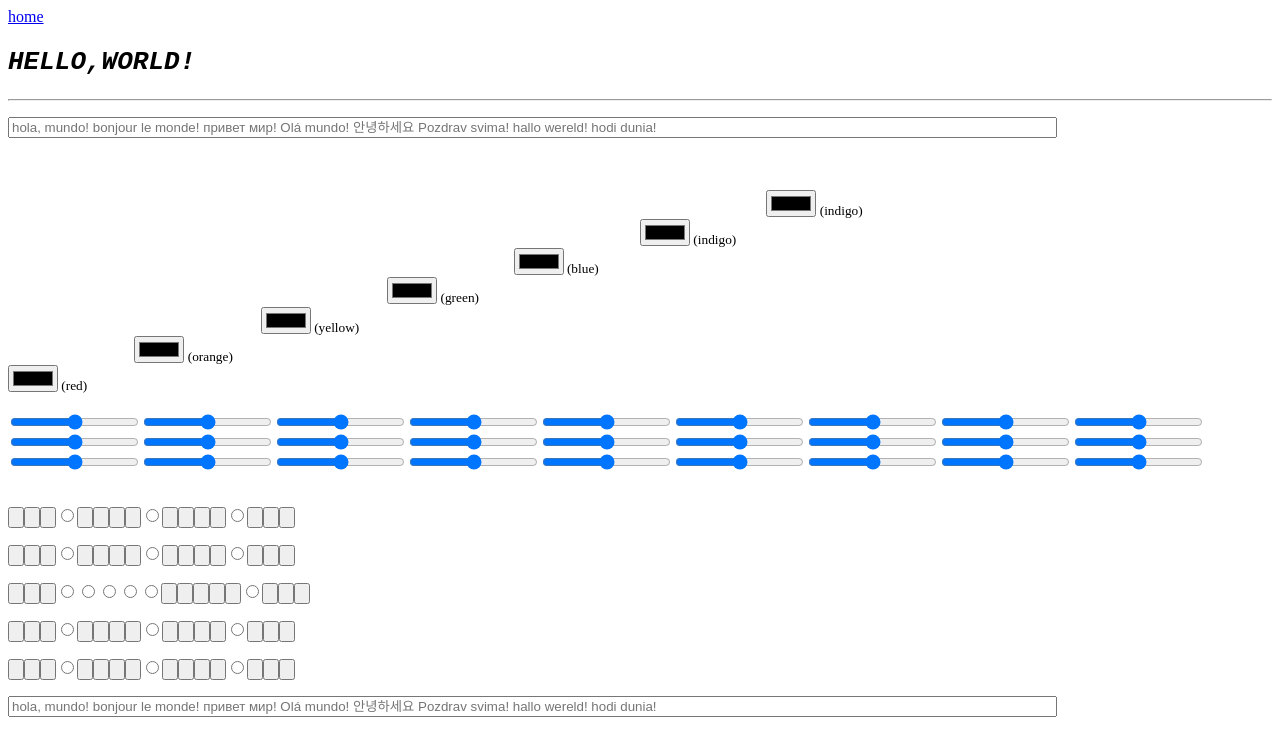
Repository: kklasmei/kklasmei.github.io
Page: proj1/helloworld.html
The author's editor kept a record of every edit. The page is drawn from the files as they stood at one moment, then again after the next edit.
The browser window is 1280 px wide. The pictures show the whole page.

Above is the page before.

### proj1/helloworld.html
<html>
    <head>
        <title>Hello World</title>
        <a href= "proj1/index.html">home</a>
    </head>
    <body>
        <h1><code><em>HELLO,WORLD!</em></code></h1>
        <hr>
        <p><input type="text" size= 128px placeholder= "hola, mundo! bonjour le monde! привет мир! Olá mundo! 안녕하세요 Pozdrav svima! hallo wereld! hodi dunia!"></p>
        <br>
        <br>
                <div style="margin-left: 60%"><input type="color"><sub> (indigo)</sub></div>
                <div style="margin-left: 50%"><input type="color"><sub> (indigo)</sub></div>
                <div style="margin-left: 40%"><input type="color"><sub> (blue)</sub></div>
                <div style="margin-left: 30%"><input type="color"><sub> (green)</sub></div>
                <div style="margin-left: 20%"><input type="color"><sub> (yellow)</sub></div>
                <div style="margin-left: 10%"><input type="color"><sub> (orange)</sub></div>
                <div style="margin-left: 0%"><input type="color"><sub> (red)</sub></div>
        <br>
                <div style="inline"><input type="range"><input type="range"><input type="range"><input type="range"><input type="range"><input type="range"><input type="range"><input type="range"><input type="range"><input type="range"><input type="range"><input type="range"><input type="range"><input type="range"><input type="range"><input type="range"><input type="range"><input type="range"><input type="range"><input type="range"><input type="range"><input type="range"><input type="range"><input type="range"><input type="range"><input type="range"><input type="range"></div>
        <br>
        <p style="inline"><input type="button"><input type="button"><input type="button"><input type="radio"><input type="button"><input type="button"><input type="button"><input type="button"><input type="radio"><input type="button"><input type="button"><input type="button"><input type="button"><input type="radio"><input type="button"><input type="button"><input type="button"></p>
        <p style="inline"><input type="button"><input type="button"><input type="button"><input type="radio"><input type="button"><input type="button"><input type="button"><input type="button"><input type="radio"><input type="button"><input type="button"><input type="button"><input type="button"><input type="radio"><input type="button"><input type="button"><input type="button"></p>
        <p style="inline"><input type="button"><input type="button"><input type="button"><input type="radio"><input type="radio"><input type="radio"><input type="radio"><input type="radio"><input type="button"><input type="button"><input type="button"><input type="button"><input type="button"><input type="radio"><input type="button"><input type="button"><input type="button"></p>
        <p style="inline"><input type="button"><input type="button"><input type="button"><input type="radio"><input type="button"><input type="button"><input type="button"><input type="button"><input type="radio"><input type="button"><input type="button"><input type="button"><input type="button"><input type="radio"><input type="button"><input type="button"><input type="button"></p>
        <p style="inline"><input type="button"><input type="button"><input type="button"><input type="radio"><input type="button"><input type="button"><input type="button"><input type="button"><input type="radio"><input type="button"><input type="button"><input type="button"><input type="button"><input type="radio"><input type="button"><input type="button"><input type="button"></p>
        <p><input type="text" size= 128px placeholder= "hola, mundo! bonjour le monde! привет мир! Olá mundo! 안녕하세요 Pozdrav svima! hallo wereld! hodi dunia!"></p>


    </body>
</html>

After the next edit:
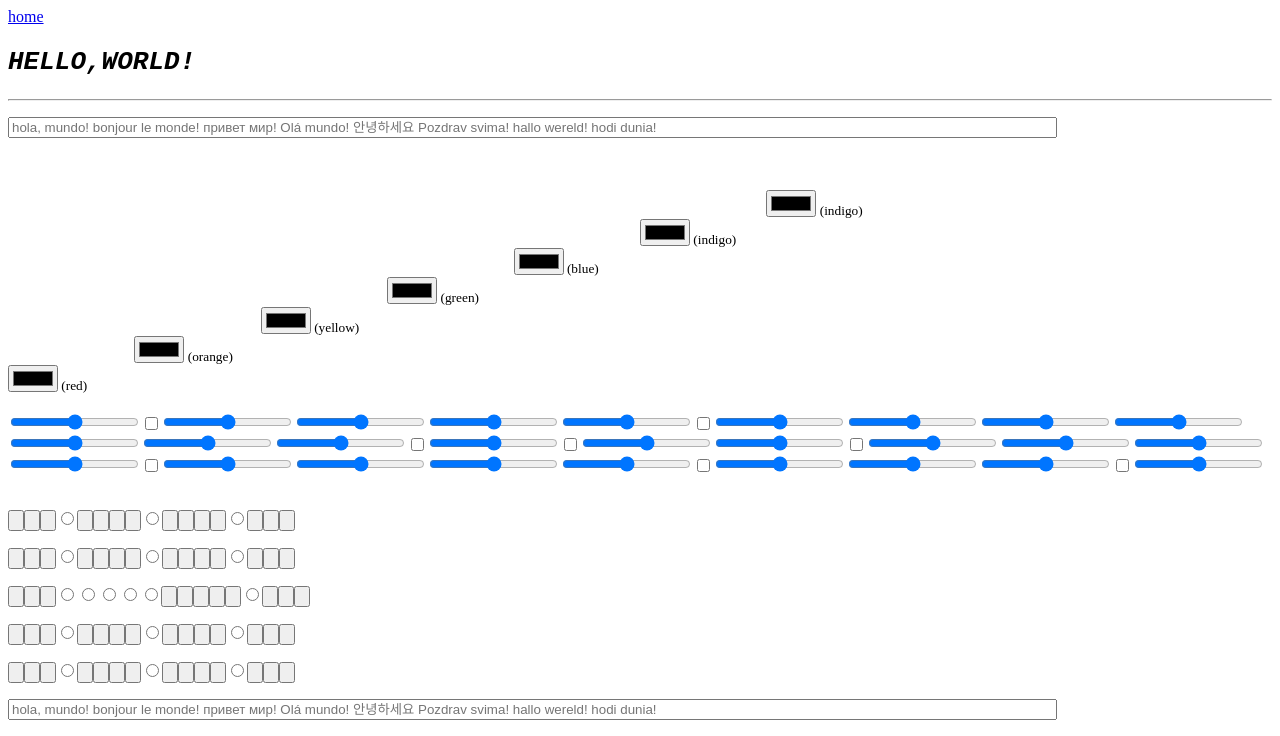
The edit:
--- a/proj1/helloworld.html
+++ b/proj1/helloworld.html
@@ -17,7 +17,7 @@
                 <div style="margin-left: 10%"><input type="color"><sub> (orange)</sub></div>
                 <div style="margin-left: 0%"><input type="color"><sub> (red)</sub></div>
         <br>
-                <div style="inline"><input type="range"><input type="range"><input type="range"><input type="range"><input type="range"><input type="range"><input type="range"><input type="range"><input type="range"><input type="range"><input type="range"><input type="range"><input type="range"><input type="range"><input type="range"><input type="range"><input type="range"><input type="range"><input type="range"><input type="range"><input type="range"><input type="range"><input type="range"><input type="range"><input type="range"><input type="range"><input type="range"></div>
+                <div style="inline"><input type="range"><input type="checkbox"><input type="range"><input type="range"><input type="range"><input type="range"><input type="checkbox"><input type="range"><input type="range"><input type="range"><input type="range"><input type="range"><input type="range"><input type="range"><input type="checkbox"><input type="range"><input type="checkbox"><input type="range"><input type="range"><input type="checkbox"><input type="range"><input type="range"><input type="range"><input type="range"><input type="checkbox"><input type="range"><input type="range"><input type="range"><input type="range"><input type="checkbox"><input type="range"><input type="range"><input type="range"><input type="checkbox"><input type="range"></div>
         <br>
         <p style="inline"><input type="button"><input type="button"><input type="button"><input type="radio"><input type="button"><input type="button"><input type="button"><input type="button"><input type="radio"><input type="button"><input type="button"><input type="button"><input type="button"><input type="radio"><input type="button"><input type="button"><input type="button"></p>
         <p style="inline"><input type="button"><input type="button"><input type="button"><input type="radio"><input type="button"><input type="button"><input type="button"><input type="button"><input type="radio"><input type="button"><input type="button"><input type="button"><input type="button"><input type="radio"><input type="button"><input type="button"><input type="button"></p>
